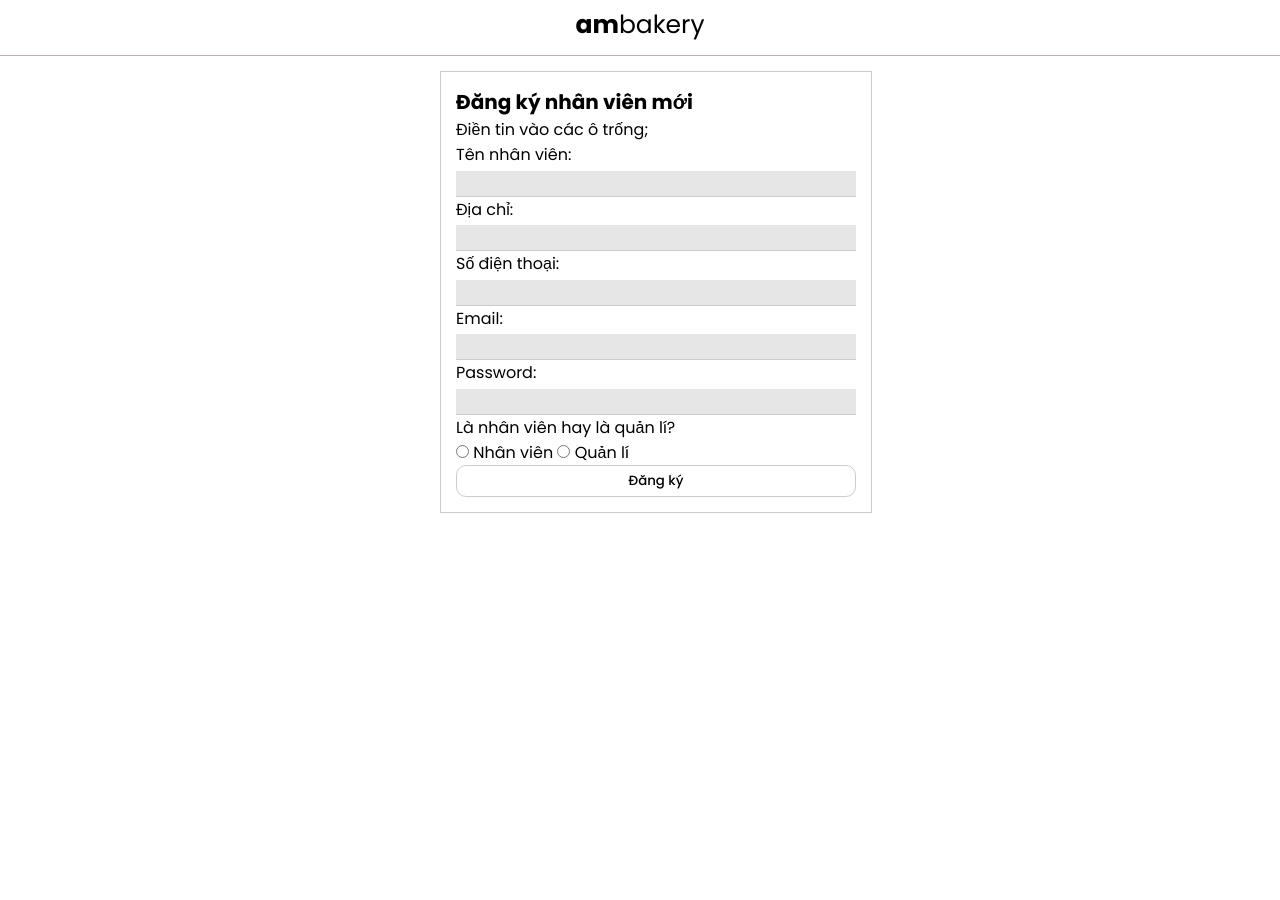
Repository: ntsanq/AmBakery
Page: http://localhost/j2school_Project/admin/dashboard_quanly/form_them_nhanvien.php
The author's editor kept a copy of each file at every save. The page is drawn from the files as they stood at one save, then again after the next save.
The browser window is 1280 px wide. The pictures show the whole page.
The page is run by PHP 8.4 with error messages shown; the project is at /var/www/html/.

Above is the page before, as saved 2021-12-22 07:03:12.

### admin/dashboard_quanly/form_them_nhanvien.php
<!DOCTYPE html>
<html>
<head>
	<meta charset="utf-8">
	<meta name="viewport" content="width=device-width, initial-scale=1">
	<title>Đăng ký cho nhân viên</title>
	<link rel="stylesheet" href="css/form.css">
	<link href="https://fonts.googleapis.com/css2?family=Poppins:wght@300;400;500;600;700&family=Roboto:wght@500&display=swap0" rel="stylesheet">
</head>
<body>
<header>
        <div id="header">
            <a href="#" class="header__logo" >
                <span><b>am</b>bakery</span>
            </a>
        </div>
    </header>
	<div class="container">
		<form action="them_nhanvien_process.php" method="POST">
			<div class="form__heading">
				<h1>Đăng ký nhân viên mới</h1>
				<p>Điền	 tin vào các ô trống;</p>
				</div>
				<!-- <label for="ma">Mã nhân viên: </label>
				<input type="text" name="ma">
				<br> -->
				<label for="ten">Tên nhân viên: </label>
				<br>
				<input class="input--form" type="text" name="ten">
				<br>
				<label for="dia_chi">Địa chỉ: </label>
				<br>
				<input class="input--form" type="text" name="dia_chi">
				<br>
				<label for="sdt">Số điện thoại: </label>
				<br>
				<input class="input--form" type="text" name="sdt">
				<br>
				<label for="email">Email: </label>
				<br>
				<input class="input--form" type="text" name="email">
				<br>
				<label for="mat_khau">Password: </label>
				<br>
				<input class="input--form" type="password" name="mat_khau">
				<br>
				<label for="cap_do">Là nhân viên hay là quản lí?  </label>
				<br>
				<input type="radio" name="cap_do" value="0">
				<label for="nhan_vien">Nhân viên </label>
				<input type="radio" name="cap_do" value="1">
				<label for="quan_li">Quản lí </label>
				<br>
				<input  type="submit" id="them_nhanvien_btn" value="Đăng ký">

		</form>
	</div>
</body>
</html>

### admin/dashboard_quanly/css/form.css
*{
	margin: 0;
	padding: 0;
}

html{
	box-sizing: border-box;
	font-size: 62.5%; /*10px*/
}

body{
	font-family: "Poppins", sans-serif;
	font-size: 1.6rem;
	height:90rem;
	font-weight: 400;
}
header{
	width: 100%;
	height: 50px;
	font-family: inherit;
	display: flex;
	justify-content: center;
	align-items: center;
	font-size: 1.5rem;
	padding-bottom: 0.5rem;
	border-bottom: 1px solid rgb(187, 179, 179);
	position: relative;
	background-color: white;
}
a{
	text-decoration: none;
	color: black;
}
p{
	margin-bottom: 0%;
}
.header__logo span{
	font-size: 2.5rem;
}
.container{
  width: 40rem;
  margin: 0 auto;
  margin-top: 1.5rem;

}
.container form{
  margin: 0 auto;
  padding: 1.5rem;
  border: 1px solid #ccc;
	width: 100%;

}
form div h1{
  font-size: 2rem;
}
form .input--form{
	width: 100%;
	height: 20px;
	border: none;
	padding-bottom: 0.5rem;
	border-bottom: solid 1px #ccc;
	background-color: rgb(230, 230, 230);
}
.input--form:focus{
	outline: none;
	background-color: rgba(230, 230, 230, 0.322);
}

form ~ label{
	display: block;
	padding-top: 1.5rem;

}

#them_nhanvien_btn{
  border: 1px solid #ccc;
  border-radius: 1rem;
  padding: 0.5rem 1rem;
  background-color: transparent;
  font-family: inherit;
  font-weight: 500;
	width: 100%;

}
#them_nhanvien_btn:hover{
  cursor: pointer;
  transform: scale(1.05);
  box-shadow: 0px 5px .5rem 0px rgba(0, 0, 0, 0.39);
}

After the next save:
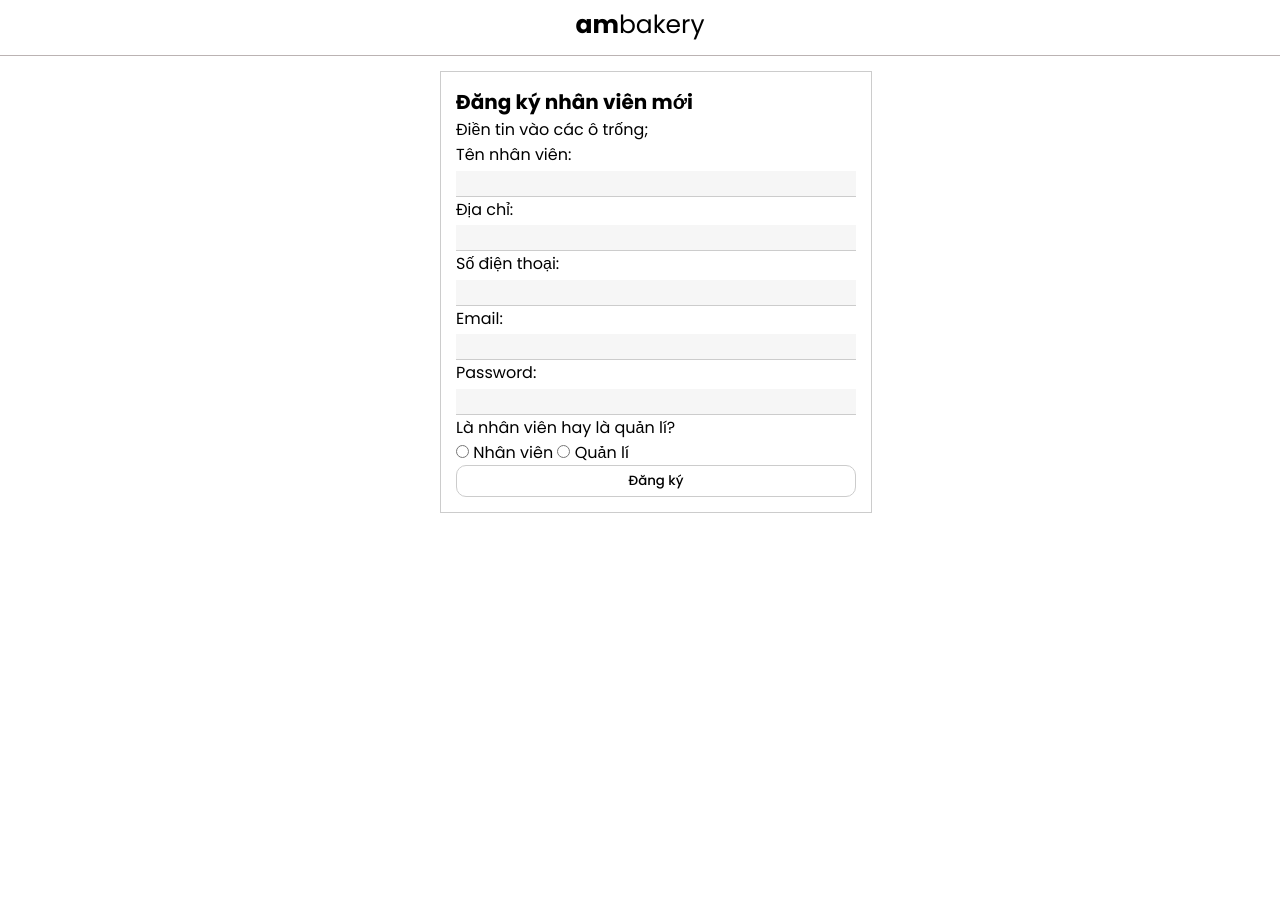
Saved 10 s later.
--- a/admin/dashboard_quanly/css/form.css
+++ b/admin/dashboard_quanly/css/form.css
@@ -59,7 +59,7 @@ form .input--form{
 	border: none;
 	padding-bottom: 0.5rem;
 	border-bottom: solid 1px #ccc;
-	background-color: rgb(230, 230, 230);
+	background-color: rgba(230, 230, 230, 0.377);
 }
 .input--form:focus{
 	outline: none;
